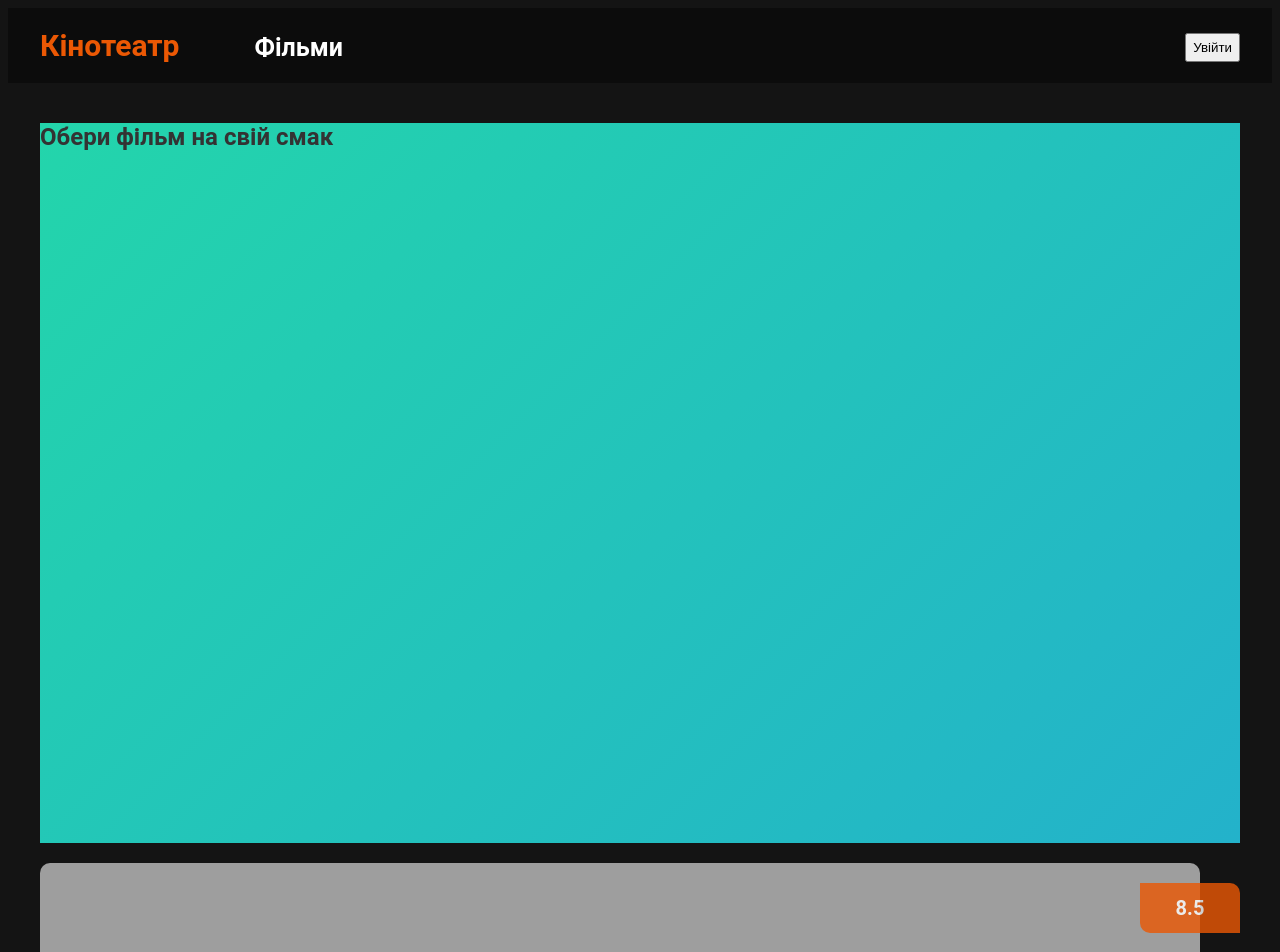
Repository: Heesemachine/VUEProject
Page: /#/films (app in Vue/)
These files come from the project's save history. The page is drawn as it stood at one moment and after the next save; the edit follows.
The browser window is 1280 px wide. The pictures show the part of the page from y = 0 to 952 px (the page is 2795 px tall).
Pictures or frames that could not be fetched are drawn as grey boxes. The project was rebuilt for these pictures with package versions that can differ from the ones it lists, and the page was loaded fresh each time. Also part of the build but not shown: Vue/vue.config.js, Vue/src/pages/FilmPage.vue, Vue/src/pages/MainPage.vue, Vue/src/pages/NotFoundPage.vue.

Above is the page before, as saved 2022-11-07 09:11:11.

After the next save:
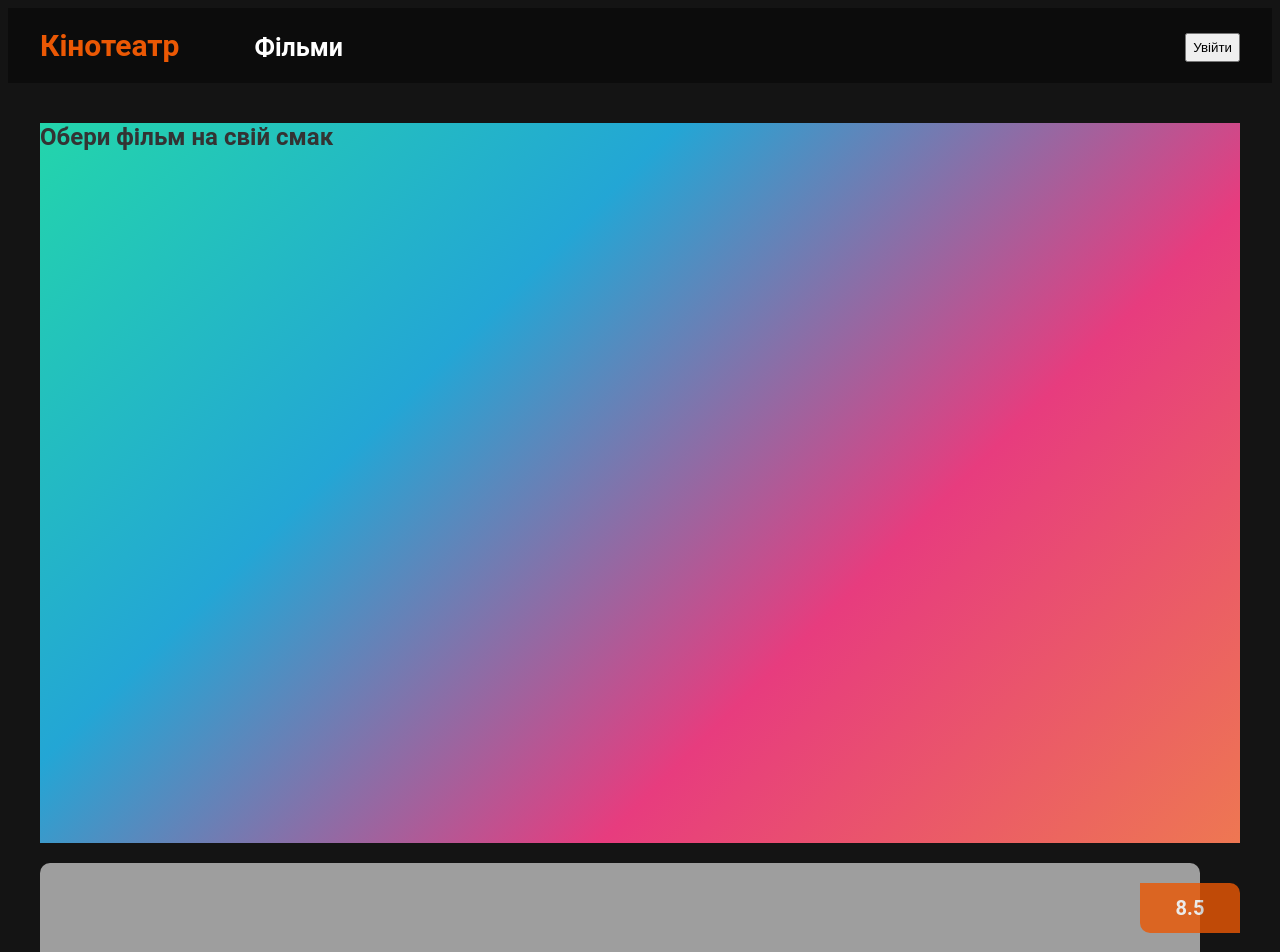
Saved 9 s later.
--- a/Vue/src/assets/styles/AllFilmsPage.scss
+++ b/Vue/src/assets/styles/AllFilmsPage.scss
@@ -1,6 +1,5 @@
 h2 {
   background: linear-gradient(-45deg, #ee7752, #e73c7e, #23a6d5, #23d5ab);
-	background-size: 400% 400%;
 	animation: gradient 15s ease infinite;
 	height: 100vh;
   }
